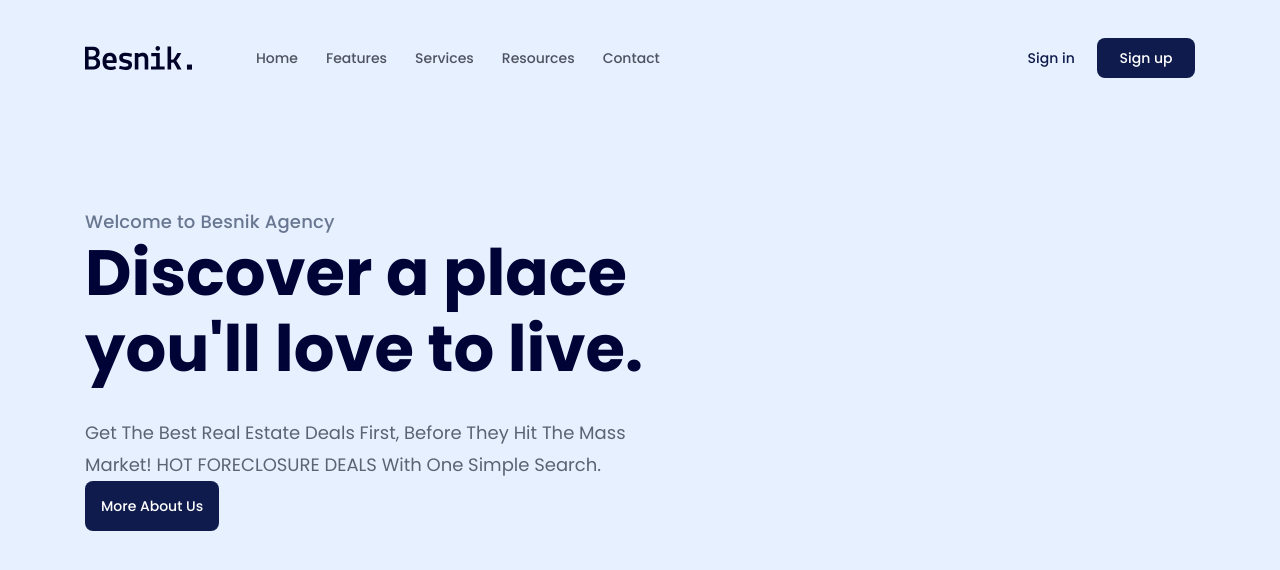
Repository: vancong171001/f8-html-css-01
Page: index.html
An editor plug-in stored every save of this project. The page is shown before and after the next save, followed by the edit.
The browser window is 1280 px wide. The pictures show the whole page.

Above is the page before, as saved 2025-02-18 16:38:39.

After the next save:
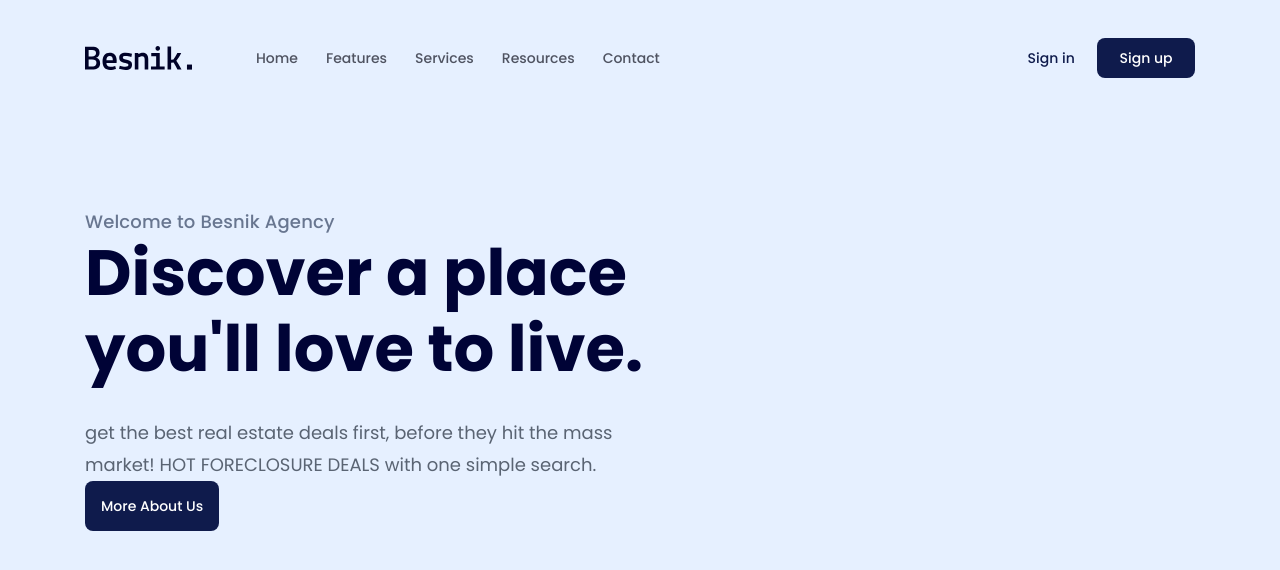
Saved 29 s later.
--- a/assets/css/styles.css
+++ b/assets/css/styles.css
@@ -114,6 +114,5 @@
   font-size: 1.8rem;
   font-weight: 400;
   line-height: 1.78; /* 177.778% */
-  text-transform: capitalize;
   margin-top: 30px;
 }
